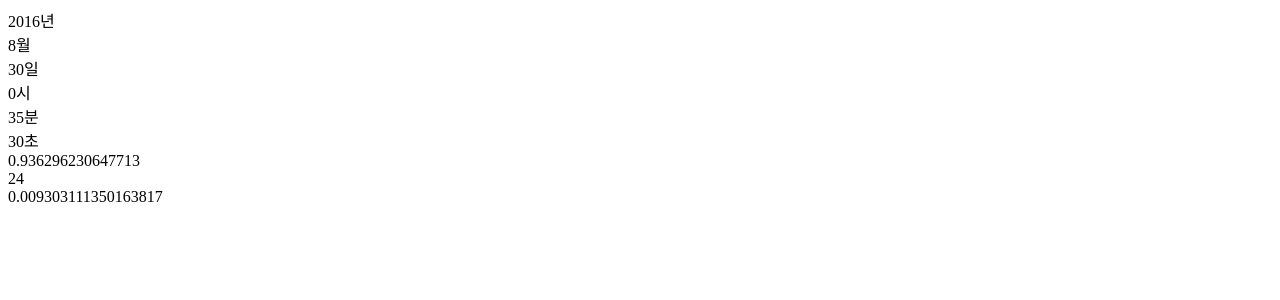
Repository: poomshen/team_03_project2
Page: JavaScript/WebContent/Ex11_Script.html
The author's editor kept a copy of each file at every save. The page is drawn from the files as they stood at one save, then again after the next save.
The browser window is 1280 px wide. The pictures show the whole page.

Above is the page before, as saved 2016-08-30 08:17:27.

### JavaScript/WebContent/Ex11_Script.html
<!DOCTYPE html>
<html>
<head>
<meta charset="UTF-8">
<title>내장 객체 + 함수</title>
<script type="text/javascript">
// javascript  객체
//Date , Array ...
var today = new Date();
//java : Date  today = naw Date();
document.write(today.getFullYear() + "년 <br>");
document.write(today.getMonth() +1+ "월 <br>");
document.write(today.getDate() + "일 <br>");

document.write(today.getHours() + "시 <br>");
document.write(today.getMinutes() + "분 <br>");
document.write(today.getSeconds() + "초 <br>");

document.write(Math.random() + "<br>"); //0~ <1
document.write( parseInt(Math.random() *45) +1+ "<br>");

document.write(Math.random(3.5678)+ "<br>")
</script>
</head>
<body>

</body>
</html>

After the next save:
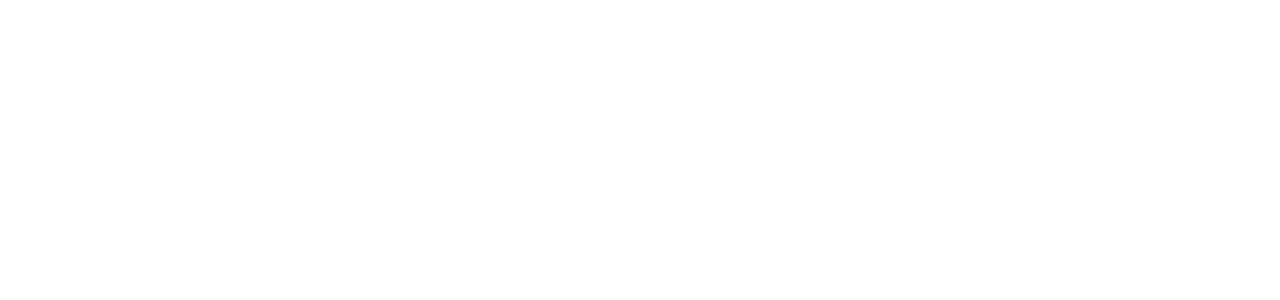
Console error: SyntaxError: Unexpected token '<'
Saved 66 s later.
--- a/JavaScript/WebContent/Ex11_Script.html
+++ b/JavaScript/WebContent/Ex11_Script.html
@@ -19,7 +19,8 @@
 document.write(Math.random() + "<br>"); //0~ <1
 document.write( parseInt(Math.random() *45) +1+ "<br>");
 
-document.write(Math.random(3.5678)+ "<br>")
+document.write(Math.random(3.5678)+ "<br>");
+document.write(Math.max(3,5,12,1,44)+<br>);
 </script>
 </head>
 <body>

After the save that followed:
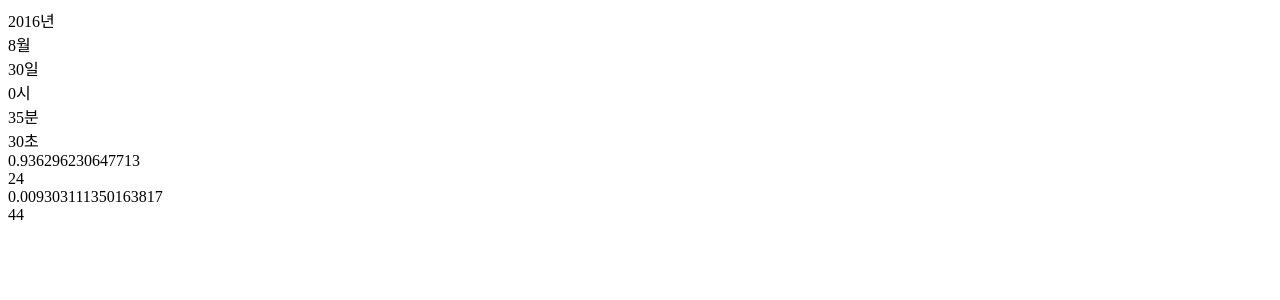
The error is gone.
Saved 7 s later.
--- a/JavaScript/WebContent/Ex11_Script.html
+++ b/JavaScript/WebContent/Ex11_Script.html
@@ -20,7 +20,7 @@
 document.write( parseInt(Math.random() *45) +1+ "<br>");
 
 document.write(Math.random(3.5678)+ "<br>");
-document.write(Math.max(3,5,12,1,44)+<br>);
+document.write(Math.max(3,5,12,1,44)+"<br>");
 </script>
 </head>
 <body>
